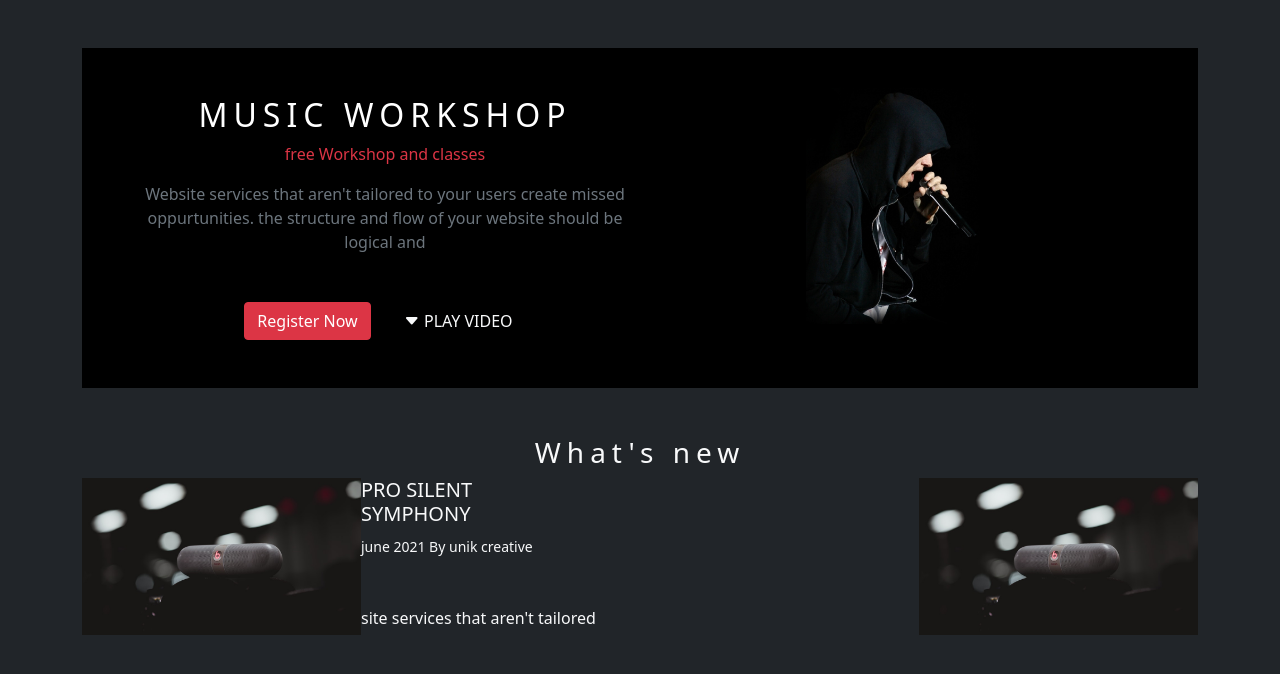
Repository: Eugene44-hub/music-workshop-site
Page: index.html
These files come from the project's save history. The page is drawn as it stood at one moment and after the next save; the edit follows.
The browser window is 1280 px wide. The pictures show the whole page.
Some web libraries are served in a nearby version.

Above is the page before, as saved 2021-10-22 16:59:28.

### index.html
<!DOCTYPE html>
<html lang="en">

<head>
    <meta charset="UTF-8">
    <meta http-equiv="X-UA-Compatible" content="IE=edge">
    <meta name="viewport" content="width=device-width, initial-scale=1.0">
    <title>Document</title>
    <link rel="stylesheet" href="style.css">
    <!-- CSS only -->
    <link href="https://cdn.jsdelivr.net/npm/bootstrap@5.1.3/dist/css/bootstrap.min.css" rel="stylesheet" integrity="sha384-1BmE4kWBq78iYhFldvKuhfTAU6auU8tT94WrHftjDbrCEXSU1oBoqyl2QvZ6jIW3" crossorigin="anonymous">
    <link rel="stylesheet" href="https://cdn.jsdelivr.net/npm/bootstrap-icons@1.6.1/font/bootstrap-icons.css">
</head>

<body class="bg-dark p-md-5 p-3">
    <!-- registeration starts  -->
    <section id="registration">
        <div class="container">
            <div class="d-lg-flex text-white bg-black align-items-center" id="regImg">
                <div id="regText" class="col-md text-center p-5">
                    <h2 id="musicheader" class="text-uppercase fs-2">
                        music workshop </h2>
                    <p class="text-danger"> free Workshop and classes</p>
                    <p class="text-secondary">Website services that aren't tailored to your users create missed oppurtunities. the structure and flow of your website should be logical and</p>
                    <div class="mt-5">
                        <button class="btn btn-danger mx-2">Register Now</button>
                        <button class="btn text-light mx-2"><i class="bi bi-caret-down-fill"></i> PLAY VIDEO</button>
                    </div>
                </div>
                <div class="col-md"> <img src="images/eminem.jpg" alt="" class="img-fluid"></div>

            </div>
        </div>
    </section>
    <!-- registeration ends  -->

    <!-- whats new starts -->
    <section class="text-light">
        <div class="container">
            <h2 id="new" class='text-center text-light fs-3 mt-5'>What's new</h2>
            <div class="d-flex ">
                <div class="col-md">
                    <img src="images/speaker.jpg" class="img-fluid" alt="">
                </div>
                <div class="col-md">
                    <h4 class="lead">
                        PRO SILENT <br> SYMPHONY
                    </h4>
                    <small>june 2021 By unik creative</small>
                    <p class="mt-5">site services that aren't tailored</p>
                </div>
                <div class="col-md">

                </div>
                <div class="col-md">
                    <img src="images/speaker.jpg" class="img-fluid" alt="">
                </div>
            </div>
        </div>

    </section>
    <!-- whats new ends -->
</body>
<!-- JavaScript Bundle with Popper -->
<script src="https://cdn.jsdelivr.net/npm/bootstrap@5.1.3/dist/js/bootstrap.bundle.min.js" integrity="sha384-ka7Sk0Gln4gmtz2MlQnikT1wXgYsOg+OMhuP+IlRH9sENBO0LRn5q+8nbTov4+1p" crossorigin="anonymous"></script>

</html>

### style.css
#musicheader,
#new {
    letter-spacing: 6px
}


/* #regImg {
    background-image: url('images/eminem.jpg');
    background-repeat: no-repeat;
    background-position-x: left;
    background-position-y: top;
    background-size: auto;
    background-size: cover;
} */

After the next save:
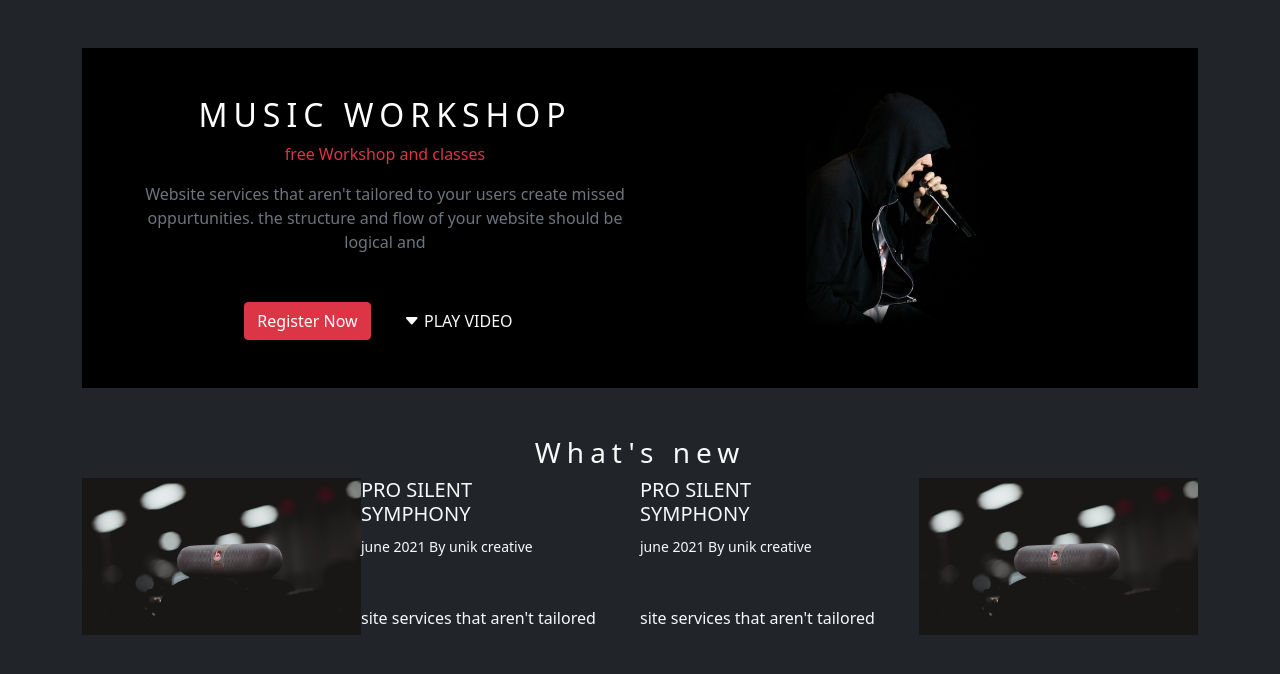
Saved 20 s later.
--- a/index.html
+++ b/index.html
@@ -50,7 +50,11 @@
                     <p class="mt-5">site services that aren't tailored</p>
                 </div>
                 <div class="col-md">
-
+                    <h4 class="lead">
+                        PRO SILENT <br> SYMPHONY
+                    </h4>
+                    <small>june 2021 By unik creative</small>
+                    <p class="mt-5">site services that aren't tailored</p>
                 </div>
                 <div class="col-md">
                     <img src="images/speaker.jpg" class="img-fluid" alt="">
